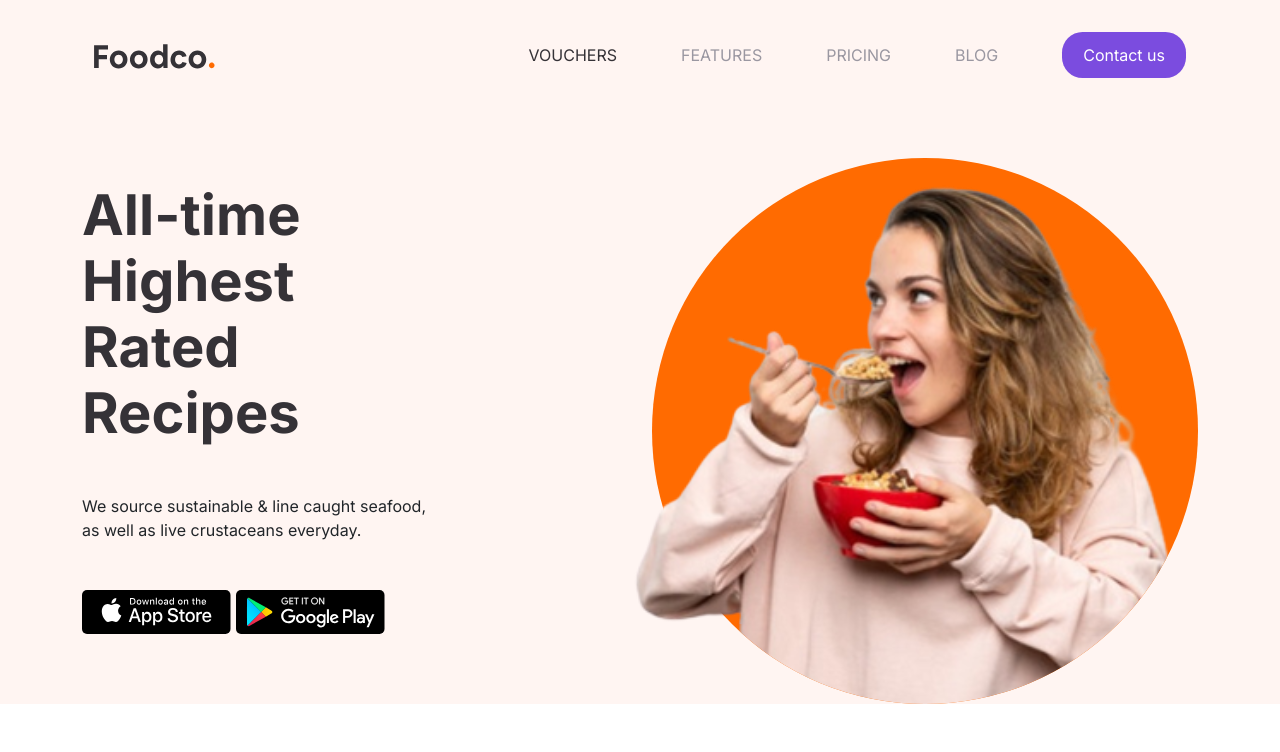
Repository: badhon252/Foodco
Page: index.html
These files come from the project's save history. The page is drawn as it stood at one moment and after the next save; the edit follows.
The browser window is 1280 px wide. The pictures show the whole page.
The style sheet was rebuilt from its Sass, Less or Tailwind sources for each picture, by a compiler version that may differ from the author's.

Above is the page before, as saved 2022-09-15 16:31:33.

After the next save:
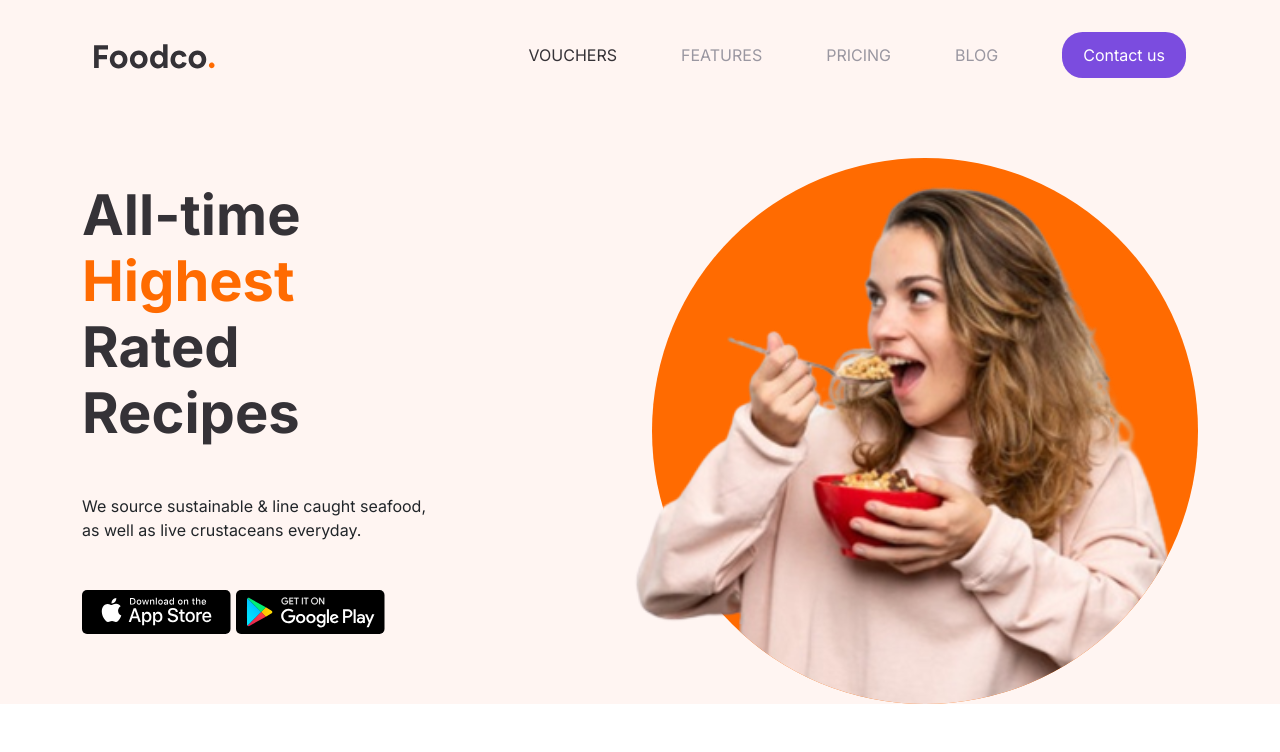
Saved 17 s later.
--- a/scss/style.scss
+++ b/scss/style.scss
@@ -128,6 +128,9 @@
       line-height: 66px;
       /* or 118% */
       color: #353237;
+      span {
+        color: #ff6b01;
+      }
     }
     .card {
       background: none;
